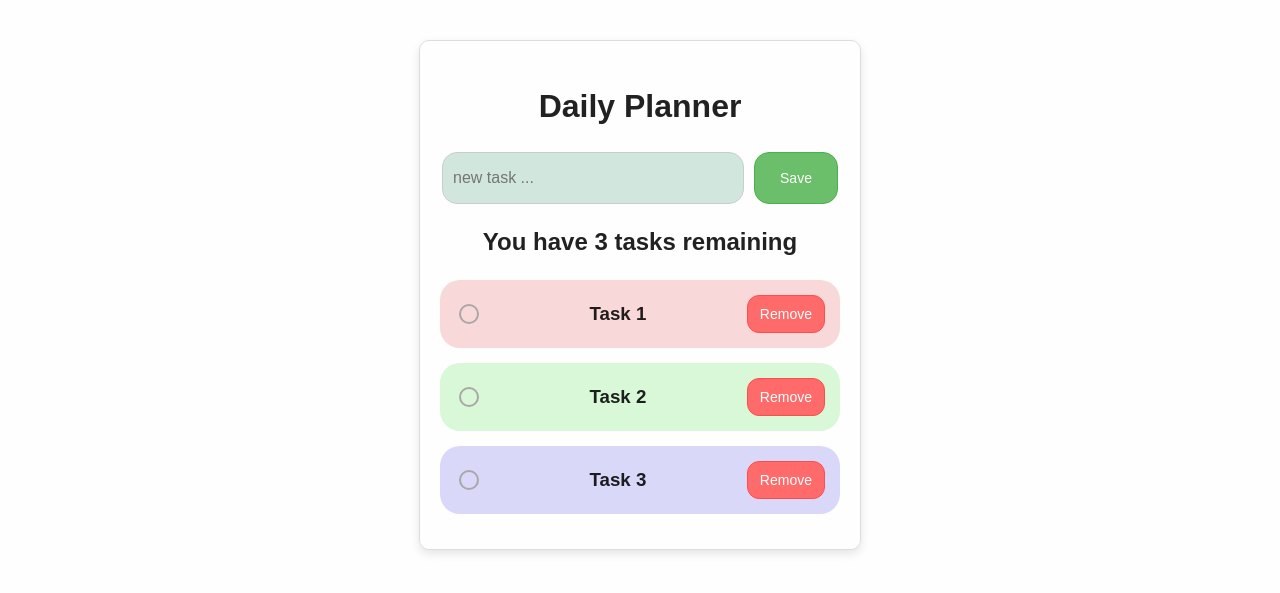
Repository: Zalida-Khan/Frontend-Lab4
Page: /
The author's editor kept a copy of each file at every save. The page is drawn from the files as they stood at one save, then again after the next save.
The browser window is 1280 px wide. The pictures show the whole page.
The project was rebuilt for these pictures with package versions that can differ from the ones it lists, and the page was loaded fresh each time. Also part of the build but not shown: vite.config.js.

Above is the page before, as saved 2024-10-22 01:05:26.

### index.html
<!doctype html>
<html lang="en">

<head>
  <meta charset="UTF-8" />
  <link rel="icon" type="image/svg+xml" href="/vite.svg" />
  <meta name="viewport" content="width=device-width, initial-scale=1.0" />
  <title>Day Planner</title>
</head>

<body>
  <div id="root"></div>
  <script type="module" src="/src/main.jsx"></script>
</body>

</html>

### src/App.jsx
import "./App.css";
import React, { useState } from "react";
import Task from "./components/Task";
import TaskForm from "./components/TaskForm";

function App() {
  const [tasks, setTasks] = useState([
    { id: 1, text: "Task 1", completed: false },
    { id: 2, text: "Task 2", completed: false },
    { id: 3, text: "Task 3", completed: false },
  ]);

  const addTask = (text) =>
    setTasks([...tasks, { id: Date.now(), text, completed: false }]);

  const toggleTask = (id) =>
    setTasks(
      tasks.map((task) =>
        task.id === id ? { ...task, completed: !task.completed } : task
      )
    );

  const removeTask = (id) => setTasks(tasks.filter((task) => task.id !== id));

  const remainingTasks = tasks.filter((task) => !task.completed).length;

  return (
    <div className="app">
      <header>
        <h1>Daily Planner</h1>
      </header>
      <TaskForm addTask={addTask} />
      <h2>You have {remainingTasks} tasks remaining</h2>
      <div className="task-list">
        {tasks.map((task) => (
          <Task
            key={task.id}
            task={task}
            toggleTask={toggleTask}
            removeTask={removeTask}
          />
        ))}
      </div>
    </div>
  );
}

export default App;

### src/index.css
:root {
  font-family: Inter, system-ui, Avenir, Helvetica, Arial, sans-serif;
  line-height: 1.5;
  font-weight: 400;

  color-scheme: light dark;
  color: rgba(0, 0, 0, 0.87);
  background-color: #fefefe;

  font-synthesis: none;
  text-rendering: optimizeLegibility;
  -webkit-font-smoothing: antialiased;
  -moz-osx-font-smoothing: grayscale;
}

### src/App.css
#root {
  max-width: 1280px;
  margin: 0 auto;
  padding: 2rem;
  text-align: center;
}

.app {
  width: 400px;
  margin: 0 auto;
  padding: 20px;
  font-family: Arial, sans-serif;
  border: 1px solid #ddd;
  border-radius: 10px;
  box-shadow: 0 4px 10px rgba(0, 0, 0, 0.1);
}

.task-list {
  margin-top: 20px;
}

.task {
  display: flex;
  align-items: center;
  justify-content: space-between;
  margin-bottom: 15px;
  padding: 15px;
  border-radius: 20px;
}

.task:nth-child(6n+1) {
  background-color: #f8d8d9;
}

.task:nth-child(6n+2) {
  background-color: #d8f8d8;
}

.task:nth-child(6n+3) {
  background-color: #d9d8f8;
}

.task:nth-child(6n+4) {
  background-color: #f8e1d8;
}

.task:nth-child(6n+5) {
  background-color: #e1f8d8;
}

.task:nth-child(6n) {
  background-color: #d8e1f8;
}

.task h3 {
  margin: 0;
  flex-grow: 1;
  text-decoration: none;
}

.task.completed h3 {
  text-decoration: line-through;
}

.checkmark {
  appearance: none;
  width: 20px;
  height: 20px;
  border-radius: 50%;
  border: 2px solid #aba7a7;
  background-color: transparent;
  display: flex;
  align-items: center;
  justify-content: center;
  cursor: pointer;
  margin-right: 10px;
}

.checkmark:checked {
  background-color: #d1e7dd;
  border: 2px solid #198754;
}

.checkmark:checked::after {
  content: '✓';
  color: rgb(0, 0, 0)
}

.delete-btn {
  padding: 10px 12px;
  border-radius: 12px;
  background-color: #ff6b6b;
  border: 1px solid #ff4c4c;
  color: white;
  cursor: pointer;
  font-size: 14px;
  transition: background-color 0.3s, transform 0.2s;
}

.delete-btn:hover {
  background-color: #ff4c4c;
  transform: scale(1.05);
}

.save-btn {
  padding: 17px 25px;
  border-radius: 15px;
  background-color: #6bbf6b;
  border: 1px solid #4cae4c;
  color: white;
  cursor: pointer;
  font-size: 14px;
  transition: background-color 0.3s, transform 0.2s;
}

.save-btn:hover {
  background-color: #4cae4c;
  transform: scale(1.05);
}

.input-field {
  width: 70%;
  height: 30px;
  padding: 10px;
  border-radius: 10px;
  background-color: #868686;
  margin-right: 10px;
  border: 1px solid #ccc;
  font-size: 16px;
  outline: none;
  color: black;
  transition: border-color 0.3s;
}

.input-field:focus {
  border-color: #198754;
}

.save-btn {
  padding: 17px 25px;
  border-radius: 15px;
  background-color: #6bbf6b;
  transition: background-color 0.3s, transform 0.2s;
}

.save-btn:hover {
  background-color: #4cae4c;
  transform: scale(1.05);
}

.input-field {
  width: 70%;
  height: 30px;
  padding: 10px;
  border-radius: 15px;
  background-color: #d1e7dd;
  margin-right: 10px;
  border: 1px solid #ccc;
  transition: border-color 0.3s;
}

.input-field:focus {
  border-color: #198754;
}

### src/components/Task.jsx
import React from 'react';

function Task({ task, toggleTask, removeTask }) {
  return (
    <div className={`task ${task.completed ? 'completed' : ''}`}>
      <input className="checkmark" type="checkbox" checked={task.completed} onChange={() => toggleTask(task.id)} />
      <h3>{task.text}</h3>
      <button className="delete-btn" onClick={() => removeTask(task.id)}>Remove</button>
    </div>
  );
}

export default Task;

### src/components/TaskForm.jsx
import React, { useState } from 'react';

function TaskForm({ addTask }) {
  const [text, setText] = useState('');

  const handleSubmit = (e) => {
    e.preventDefault();
    if (text.trim()) {
      addTask(text);
      setText('');
    }
  };

  return (
    <form onSubmit={handleSubmit}>
      <input className="input-field" type="text" value={text} onChange={(e) => setText(e.target.value)} placeholder="new task ..." />
      <button className="save-btn" type="submit">Save</button>
    </form>
  );
}

export default TaskForm;

Loaded but not shown: src/main.jsx (common file)

After the next save:
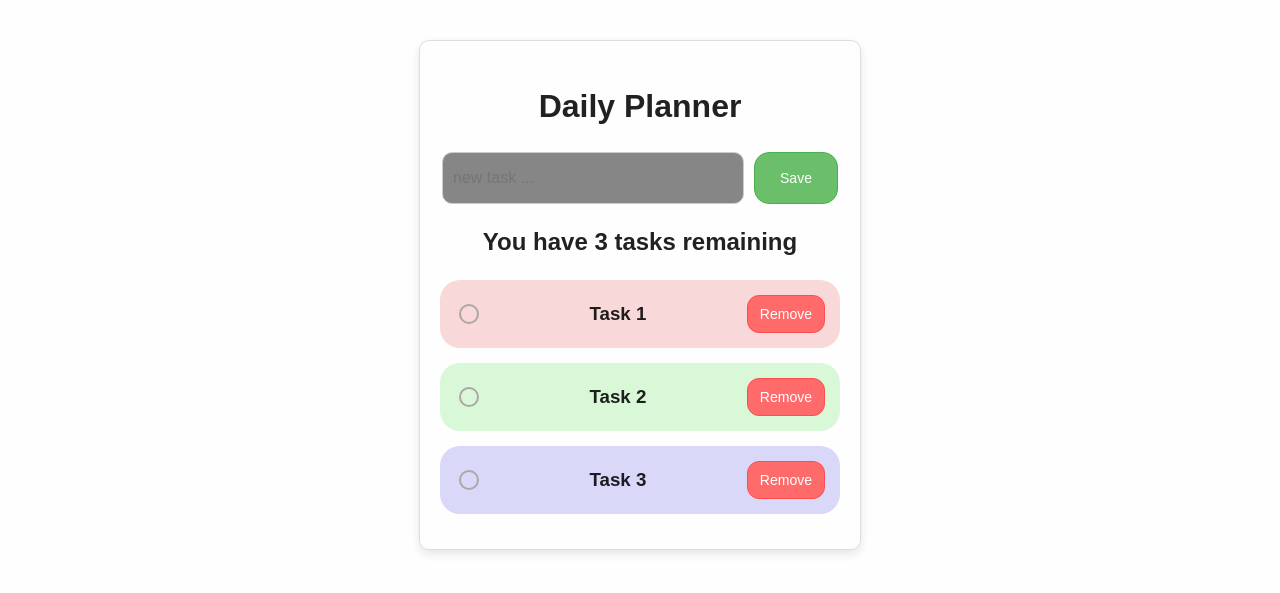
Saved 16 s later.
--- a/src/App.css
+++ b/src/App.css
@@ -147,7 +147,7 @@
   background-color: #4cae4c;
   transform: scale(1.05);
 }
-
+/*
 .input-field {
   width: 70%;
   height: 30px;
@@ -161,4 +161,4 @@
 
 .input-field:focus {
   border-color: #198754;
-}
+} */

After the save that followed:
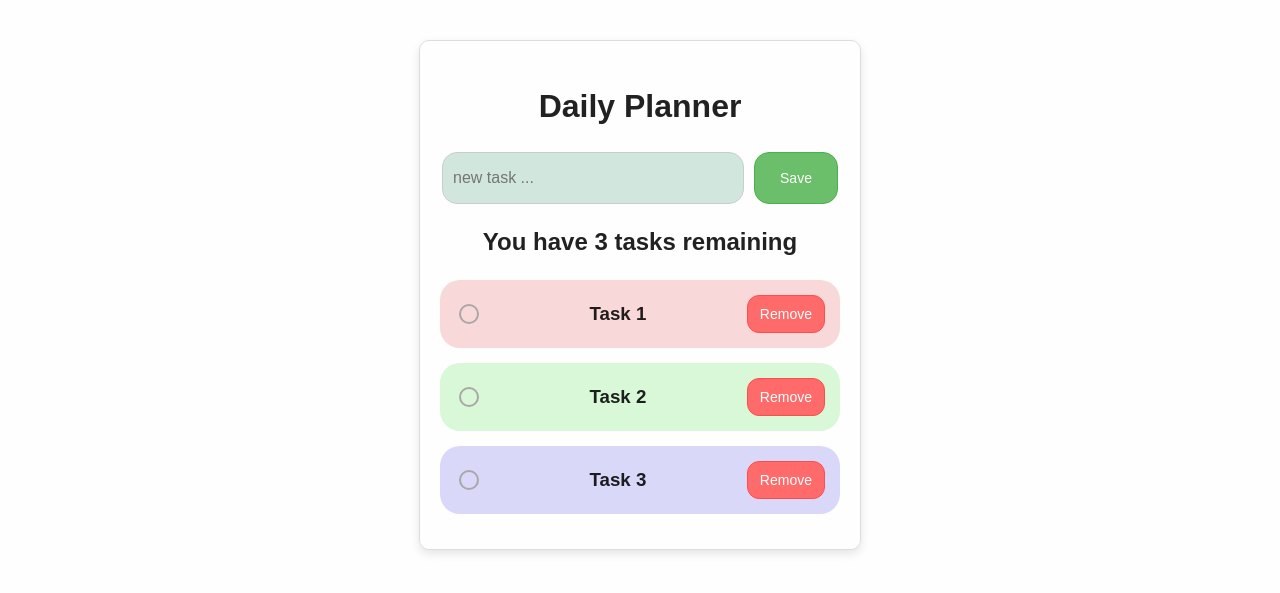
Saved 4 s later.
--- a/src/App.css
+++ b/src/App.css
@@ -147,7 +147,7 @@
   background-color: #4cae4c;
   transform: scale(1.05);
 }
-/*
+
 .input-field {
   width: 70%;
   height: 30px;
@@ -161,4 +161,4 @@
 
 .input-field:focus {
   border-color: #198754;
-} */
+}
